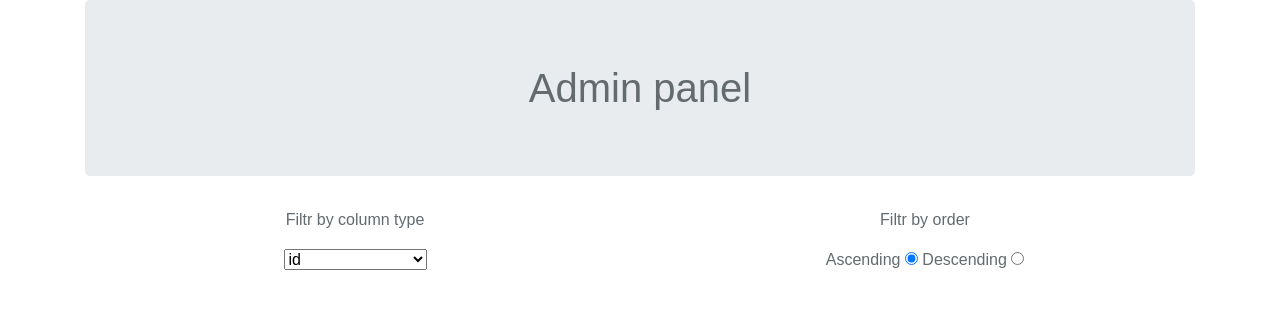
Repository: WOLVGVNG/gameclan
Page: resources/views/admin_panel.blade.php
These files come from the project's save history. The page is drawn as it stood at one moment and after the next save; the edit follows.
The browser window is 1280 px wide. The pictures show the whole page.
The page is served by the project's Laravel application, run on PHP 8.4 with Laravel 8. The template is opened directly, without the code that normally fills it, so the values that code supplies are empty.

Above is the page before, as saved 2019-03-19 17:23:27.

After the next save:
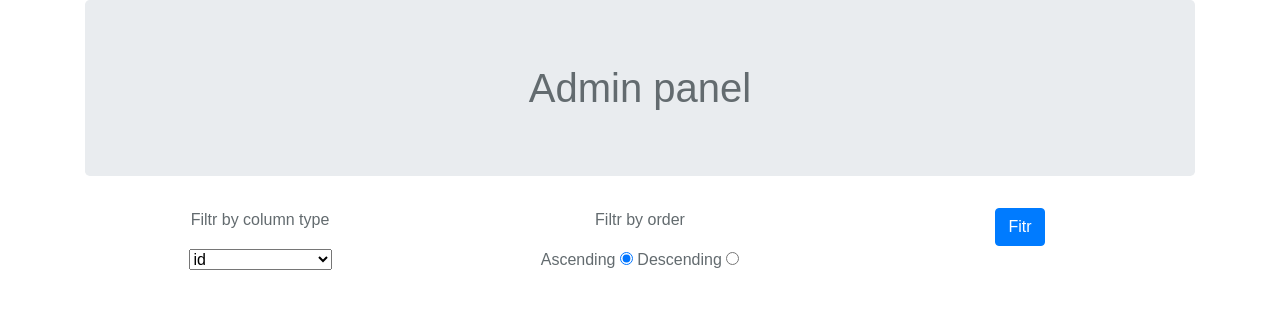
Saved 75 s later.
--- a/resources/views/admin_panel.blade.php
+++ b/resources/views/admin_panel.blade.php
@@ -36,6 +36,9 @@
                 <input type='radio' name='filtr_order' value='asc' id='asc' checked>
                 <label for='desc'>Descending</label>
                 <input type='radio' name='filtr_order' value='desc' id='desc'>
+            </div>
+            <div class='col'>
+                <button type='submit' class='btn btn-primary'>Fitr</button>
             </div>
         </div>
     </form>
